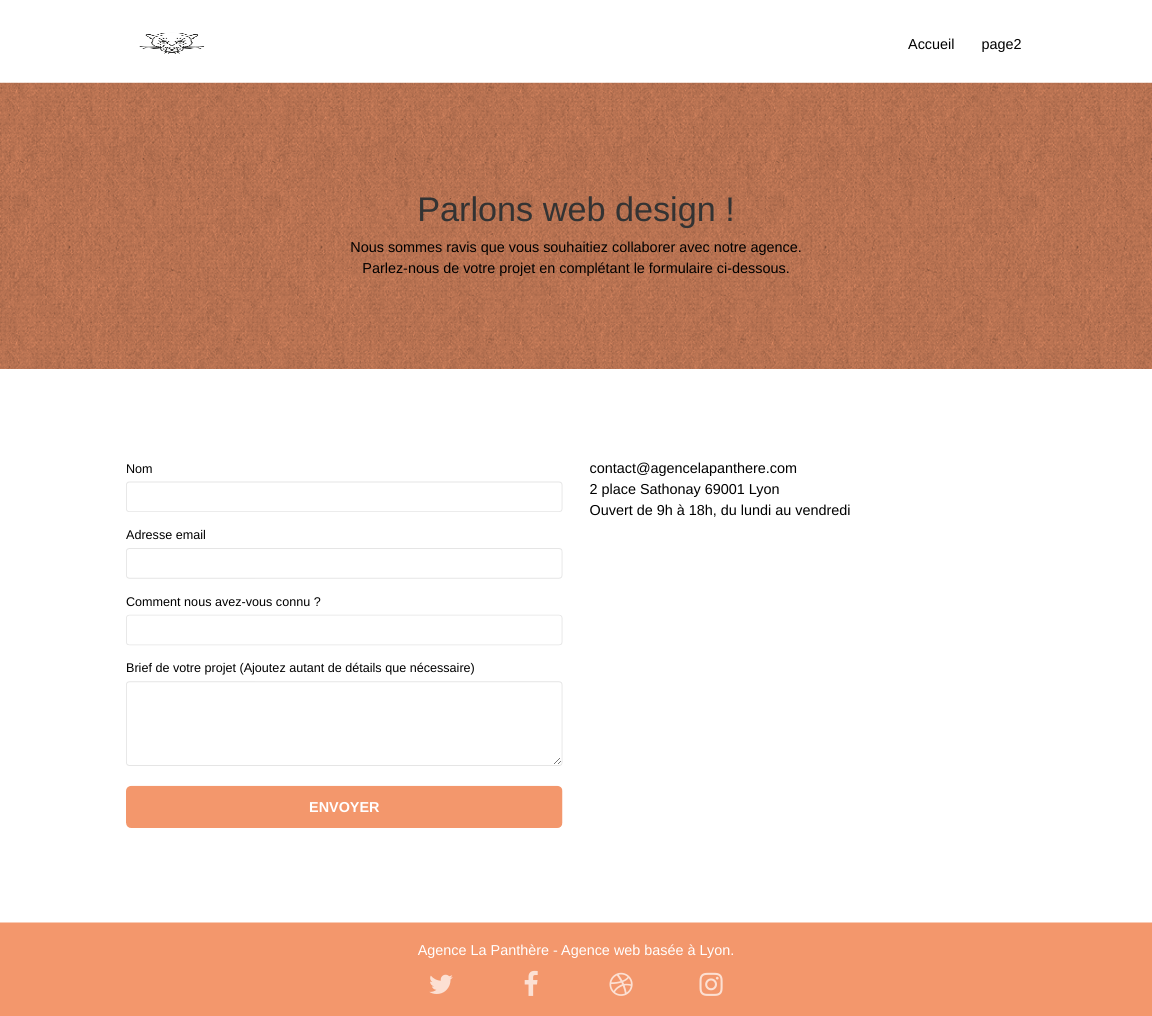
Repository: EtudianteHU/Uyarci_Hilal_4_code_012023
Page: contact.html
The author's editor kept a copy of each file at every save. The page is drawn from the files as they stood at one save, then again after the next save.
The browser window is 1280 px wide. The pictures show the whole page, at 90% of full size.

Above is the page before, as saved 2023-02-23 21:20:20.

### contact.html
<!DOCTYPE html>
<html lang="fr">
    <head>
        <meta charset="utf-8" />
        <meta name="keywords" content="" />
        <meta name="description" content="" />
        <meta
            name="viewport"
            content="width=device-width, initial-scale=1.0, viewport-fit=cover"
        />
        <link rel="shortcut icon" type="image/png" href="favicon.webp" />

        <link rel="stylesheet" type="text/css" href="./css/bootstrap.css" />
        <link rel="stylesheet" type="text/css" href="style.css" />
        <link rel="stylesheet" type="text/css" href="./css/font-awesome.css" />
        <link rel="stylesheet" type="text/css" href="./css/et-line.css" />

        <script src="./js/jquery-2.1.0.js"></script>
        <script src="./js/bootstrap.js"></script>
        <script src="./js/blocs.js"></script>
        <script src="./js/jqBootstrapValidation.js"></script>
        <script src="./js/formHandler.js"></script>
        <title>Contact - Agence la Panthère</title>

        <!-- Analytics -->

        <!-- Analytics END -->
    </head>
    <body>
        <!-- Principal conteneur -->
        <main class="page-container">
            <!-- bloc-0 -->
            <header class="bloc bgc-white l-bloc" id="bloc-0">
                <div class="container bloc-sm">
                    <nav class="navbar row">
                        <div class="navbar-header">
                            <a class="navbar-brand" href="index.html" title=""
                                ><img
                                    src="img/logo.webp"
                                    alt="atlanta web design logo"
                                    height="40"
                            /></a>
                            <button
                                id="nav-toggle"
                                type="button"
                                class="ui-navbar-toggle navbar-toggle"
                                data-toggle="collapse"
                                data-target=".navbar-1"
                                aria-pressed="true"
                            >
                                <span class="sr-only">Toggle navigation</span
                                ><span class="icon-bar"></span
                                ><span class="icon-bar"></span
                                ><span class="icon-bar"></span>
                            </button>
                        </div>
                        <div
                            class="collapse navbar-collapse navbar-1 special-dropdown-nav"
                        >
                            <ul class="site-navigation nav navbar-nav">
                                <li>
                                    <a href="index.html" title="">Accueil</a>
                                </li>
                                <li>
                                    <a href="contact.html" title="">page2</a>
                                </li>
                            </ul>
                        </div>
                    </nav>
                </div>
            </header>
            <!-- bloc-0 END -->

            <!-- bloc-6 -->
            <div
                class="bloc bg-dots-bg bg-repeat bgc-atomic-tangerine d-bloc bloc-bg-texture texture-paper"
                id="bloc-6"
            >
                <div class="container bloc-lg">
                    <div class="row">
                        <div class="col-sm-12">
                            <h1 class="text-center hero-bloc-text tc-black">
                                Parlons web design !
                            </h1>
                            <p
                                class="text-center mg-lg tc-black tight-width-whitespace"
                            >
                                Nous sommes ravis que vous souhaitiez collaborer
                                avec notre agence.<br />
                                Parlez-nous de votre projet en complétant le
                                formulaire ci-dessous.
                            </p>
                        </div>
                    </div>
                </div>
            </div>
            <!-- bloc-6 END -->

            <!-- bloc-7 -->
            <div class="bloc bgc-white l-bloc" id="bloc-7">
                <div class="container bloc-lg">
                    <div class="row">
                        <div class="col-sm-6">
                            <form
                                id="form_1"
                                target="Your message has been sent."
                                class="Sorry it seems that our mail server is not responding ,Sorry for the inconvenience!"
                            >
                                <div class="form-group">
                                    <label for="name"> Nom </label>
                                    <input
                                        id="name"
                                        class="form-control"
                                        required
                                    />
                                </div>
                                <div class="form-group">
                                    <label for="email"> Adresse email </label>
                                    <input
                                        id="email"
                                        class="form-control"
                                        type="email"
                                        required
                                    />
                                </div>
                                <div class="form-group">
                                    <label for="input_504">
                                        Comment nous avez-vous connu ?
                                    </label>
                                    <input
                                        class="form-control"
                                        type="email"
                                        required
                                        id="input_504"
                                    />
                                </div>
                                <div class="form-group">
                                    <label for="message">
                                        Brief de votre projet (Ajoutez autant de
                                        détails que nécessaire)<br /> </label
                                    ><textarea
                                        id="message"
                                        class="form-control"
                                        rows="4"
                                        cols="50"
                                        required
                                    ></textarea>
                                </div>
                                <button
                                    class="bloc-button btn btn-lg btn-block cta-hero btn-atomic-tangerine"
                                    type="submit"
                                >
                                    Envoyer
                                </button>
                            </form>
                        </div>
                        <div class="col-sm-6">
                            <p>
                                contact@agencelapanthere.com<br />2 place
                                Sathonay 69001 Lyon<br />Ouvert de 9h à 18h, du
                                lundi au vendredi<br />
                            </p>
                        </div>
                    </div>
                </div>
            </div>
            <!-- bloc-7 END -->

            <!-- ScrollToTop Button -->
            <a
                class="bloc-button btn btn-d scrollToTop"
                onclick="scrollToTarget('1')"
                title=""
                ><span class="fa fa-chevron-up"></span
            ></a>

            <!-- ScrollToTop Button END-->

            <!-- Footer - bloc-8 -->
            <footer class="bloc bgc-atomic-tangerine d-bloc" id="bloc-8">
                <div class="container bloc-sm">
                    <div class="row">
                        <div class="col-sm-12">
                            <p class="text-center white">
                                Agence La Panthère - Agence web basée à Lyon.<br />
                            </p>
                            <div class="row row-no-gutters social">
                                <div class="col-sm-3">
                                    <div class="text-center">
                                        <span
                                            class="fa fa-twitter icon-md"
                                        ></span>
                                    </div>
                                </div>
                                <div class="col-sm-3">
                                    <div class="text-center">
                                        <span
                                            class="fa fa-facebook icon-md"
                                        ></span>
                                    </div>
                                </div>
                                <div class="col-sm-3">
                                    <div class="text-center">
                                        <span
                                            class="fa fa-dribbble icon-md"
                                        ></span>
                                    </div>
                                </div>
                                <div class="col-sm-3">
                                    <div class="text-center">
                                        <span
                                            class="fa fa-instagram icon-md"
                                        ></span>
                                    </div>
                                </div>
                            </div>
                        </div>
                    </div>
                </div>
            </footer>
            <!-- Footer - bloc-8 END -->
        </main>
        <!-- Principal conteneur END -->
    </body>
</html>

### css/et-line.css
@font-face {
    font-family: et-line;
    src: url(../fonts/et-line.eot);
    src: url(../fonts/et-line.eot?#iefix) format('embedded-opentype'), url(../fonts/et-line.woff) format('woff'), url(../fonts/et-line.ttf) format('truetype'), url(../fonts/et-line.svg#et-line) format('svg');
    font-weight: 400;
    font-style: normal
}

.et-icon-adjustments,
.et-icon-alarmclock,
.et-icon-anchor,
.et-icon-aperture,
.et-icon-attachment,
.et-icon-bargraph,
.et-icon-basket,
.et-icon-beaker,
.et-icon-bike,
.et-icon-book-open,
.et-icon-briefcase,
.et-icon-browser,
.et-icon-calendar,
.et-icon-camera,
.et-icon-caution,
.et-icon-chat,
.et-icon-circle-compass,
.et-icon-clipboard,
.et-icon-clock,
.et-icon-cloud,
.et-icon-compass,
.et-icon-desktop,
.et-icon-dial,
.et-icon-document,
.et-icon-documents,
.et-icon-download,
.et-icon-dribbble,
.et-icon-edit,
.et-icon-envelope,
.et-icon-expand,
.et-icon-facebook,
.et-icon-flag,
.et-icon-focus,
.et-icon-gears,
.et-icon-genius,
.et-icon-gift,
.et-icon-global,
.et-icon-globe,
.et-icon-googleplus,
.et-icon-grid,
.et-icon-happy,
.et-icon-hazardous,
.et-icon-heart,
.et-icon-hotairballoon,
.et-icon-hourglass,
.et-icon-key,
.et-icon-laptop,
.et-icon-layers,
.et-icon-lifesaver,
.et-icon-lightbulb,
.et-icon-linegraph,
.et-icon-linkedin,
.et-icon-lock,
.et-icon-magnifying-glass,
.et-icon-map,
.et-icon-map-pin,
.et-icon-megaphone,
.et-icon-mic,
.et-icon-mobile,
.et-icon-newspaper,
.et-icon-notebook,
.et-icon-paintbrush,
.et-icon-paperclip,
.et-icon-pencil,
.et-icon-phone,
.et-icon-picture,
.et-icon-pictures,
.et-icon-piechart,
.et-icon-presentation,
.et-icon-pricetags,
.et-icon-printer,
.et-icon-profile-female,
.et-icon-profile-male,
.et-icon-puzzle,
.et-icon-quote,
.et-icon-recycle,
.et-icon-refresh,
.et-icon-ribbon,
.et-icon-rss,
.et-icon-sad,
.et-icon-scissors,
.et-icon-scope,
.et-icon-search,
.et-icon-shield,
.et-icon-speedometer,
.et-icon-strategy,
.et-icon-streetsign,
.et-icon-tablet,
.et-icon-target,
.et-icon-telescope,
.et-icon-toolbox,
.et-icon-tools,
.et-icon-tools-2,
.et-icon-trophy,
.et-icon-tumblr,
.et-icon-twitter,
.et-icon-upload,
.et-icon-video,
.et-icon-wallet,
.et-icon-wine {
    font-family: et-line;
    speak: none;
    font-style: normal;
    font-weight: 400;
    font-variant: normal;
    text-transform: none;
    line-height: 1;
    -webkit-font-smoothing: antialiased;
    -moz-osx-font-smoothing: grayscale;
    display: inline-block
}

.et-icon-mobile:before {
    content: "\e000"
}

.et-icon-laptop:before {
    content: "\e001"
}

.et-icon-desktop:before {
    content: "\e002"
}

.et-icon-tablet:before {
    content: "\e003"
}

.et-icon-phone:before {
    content: "\e004"
}

.et-icon-document:before {
    content: "\e005"
}

.et-icon-documents:before {
    content: "\e006"
}

.et-icon-search:before {
    content: "\e007"
}

.et-icon-clipboard:before {
    content: "\e008"
}

.et-icon-newspaper:before {
    content: "\e009"
}

.et-icon-notebook:before {
    content: "\e00a"
}

.et-icon-book-open:before {
    content: "\e00b"
}

.et-icon-browser:before {
    content: "\e00c"
}

.et-icon-calendar:before {
    content: "\e00d"
}

.et-icon-presentation:before {
    content: "\e00e"
}

.et-icon-picture:before {
    content: "\e00f"
}

.et-icon-pictures:before {
    content: "\e010"
}

.et-icon-video:before {
    content: "\e011"
}

.et-icon-camera:before {
    content: "\e012"
}

.et-icon-printer:before {
    content: "\e013"
}

.et-icon-toolbox:before {
    content: "\e014"
}

.et-icon-briefcase:before {
    content: "\e015"
}

.et-icon-wallet:before {
    content: "\e016"
}

.et-icon-gift:before {
    content: "\e017"
}

.et-icon-bargraph:before {
    content: "\e018"
}

.et-icon-grid:before {
    content: "\e019"
}

.et-icon-expand:before {
    content: "\e01a"
}

.et-icon-focus:before {
    content: "\e01b"
}

.et-icon-edit:before {
    content: "\e01c"
}

.et-icon-adjustments:before {
    content: "\e01d"
}

.et-icon-ribbon:before {
    content: "\e01e"
}

.et-icon-hourglass:before {
    content: "\e01f"
}

.et-icon-lock:before {
    content: "\e020"
}

.et-icon-megaphone:before {
    content: "\e021"
}

.et-icon-shield:before {
    content: "\e022"
}

.et-icon-trophy:before {
    content: "\e023"
}

.et-icon-flag:before {
    content: "\e024"
}

.et-icon-map:before {
    content: "\e025"
}

.et-icon-puzzle:before {
    content: "\e026"
}

.et-icon-basket:before {
    content: "\e027"
}

.et-icon-envelope:before {
    content: "\e028"
}

.et-icon-streetsign:before {
    content: "\e029"
}

.et-icon-telescope:before {
    content: "\e02a"
}

.et-icon-gears:before {
    content: "\e02b"
}

.et-icon-key:before {
    content: "\e02c"
}

.et-icon-paperclip:before {
    content: "\e02d"
}

.et-icon-attachment:before {
    content: "\e02e"
}

.et-icon-pricetags:before {
    content: "\e02f"
}

.et-icon-lightbulb:before {
    content: "\e030"
}

.et-icon-layers:before {
    content: "\e031"
}

.et-icon-pencil:before {
    content: "\e032"
}

.et-icon-tools:before {
    content: "\e033"
}

.et-icon-tools-2:before {
    content: "\e034"
}

.et-icon-scissors:before {
    content: "\e035"
}

.et-icon-paintbrush:before {
    content: "\e036"
}

.et-icon-magnifying-glass:before {
    content: "\e037"
}

.et-icon-circle-compass:before {
    content: "\e038"
}

.et-icon-linegraph:before {
    content: "\e039"
}

.et-icon-mic:before {
    content: "\e03a"
}

.et-icon-strategy:before {
    content: "\e03b"
}

.et-icon-beaker:before {
    content: "\e03c"
}

.et-icon-caution:before {
    content: "\e03d"
}

.et-icon-recycle:before {
    content: "\e03e"
}

.et-icon-anchor:before {
    content: "\e03f"
}

.et-icon-profile-male:before {
    content: "\e040"
}

.et-icon-profile-female:before {
    content: "\e041"
}

.et-icon-bike:before {
    content: "\e042"
}

.et-icon-wine:before {
    content: "\e043"
}

.et-icon-hotairballoon:before {
    content: "\e044"
}

.et-icon-globe:before {
    content: "\e045"
}

.et-icon-genius:before {
    content: "\e046"
}

.et-icon-map-pin:before {
    content: "\e047"
}

.et-icon-dial:before {
    content: "\e048"
}

.et-icon-chat:before {
    content: "\e049"
}

.et-icon-heart:before {
    content: "\e04a"
}

.et-icon-cloud:before {
    content: "\e04b"
}

.et-icon-upload:before {
    content: "\e04c"
}

.et-icon-download:before {
    content: "\e04d"
}

.et-icon-target:before {
    content: "\e04e"
}

.et-icon-hazardous:before {
    content: "\e04f"
}

.et-icon-piechart:before {
    content: "\e050"
}

.et-icon-speedometer:before {
    content: "\e051"
}

.et-icon-global:before {
    content: "\e052"
}

.et-icon-compass:before {
    content: "\e053"
}

.et-icon-lifesaver:before {
    content: "\e054"
}

.et-icon-clock:before {
    content: "\e055"
}

.et-icon-aperture:before {
    content: "\e056"
}

.et-icon-quote:before {
    content: "\e057"
}

.et-icon-scope:before {
    content: "\e058"
}

.et-icon-alarmclock:before {
    content: "\e059"
}

.et-icon-refresh:before {
    content: "\e05a"
}

.et-icon-happy:before {
    content: "\e05b"
}

.et-icon-sad:before {
    content: "\e05c"
}

.et-icon-facebook:before {
    content: "\e05d"
}

.et-icon-twitter:before {
    content: "\e05e"
}

.et-icon-googleplus:before {
    content: "\e05f"
}

.et-icon-rss:before {
    content: "\e060"
}

.et-icon-tumblr:before {
    content: "\e061"
}

.et-icon-linkedin:before {
    content: "\e062"
}

.et-icon-dribbble:before {
    content: "\e063"
}

Loaded but not shown: css/bootstrap.css (library); css/font-awesome.css (library); js/jquery-2.1.0.js (library); js/bootstrap.js (library); js/blocs.js (library); js/jqBootstrapValidation.js (912 lines, source omitted); js/formHandler.js (82 lines, source omitted); style.css (903 lines, source omitted)

After the next save:
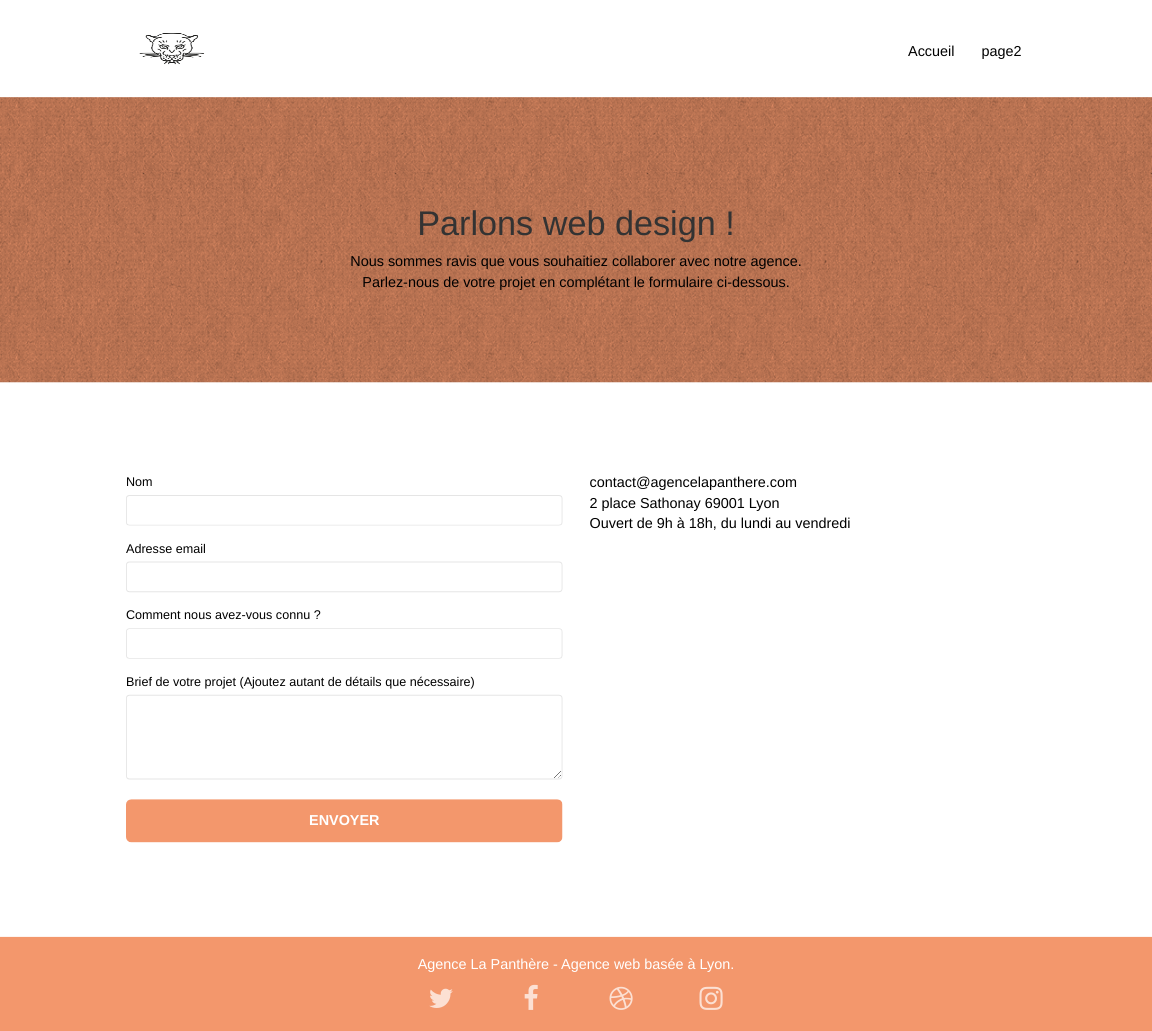
Saved 4 min 25 s later.
--- a/contact.html
+++ b/contact.html
@@ -38,7 +38,7 @@
                                 ><img
                                     src="img/logo.webp"
                                     alt="atlanta web design logo"
-                                    height="40"
+                                    height="60"
                             /></a>
                             <button
                                 id="nav-toggle"

After the save that followed:
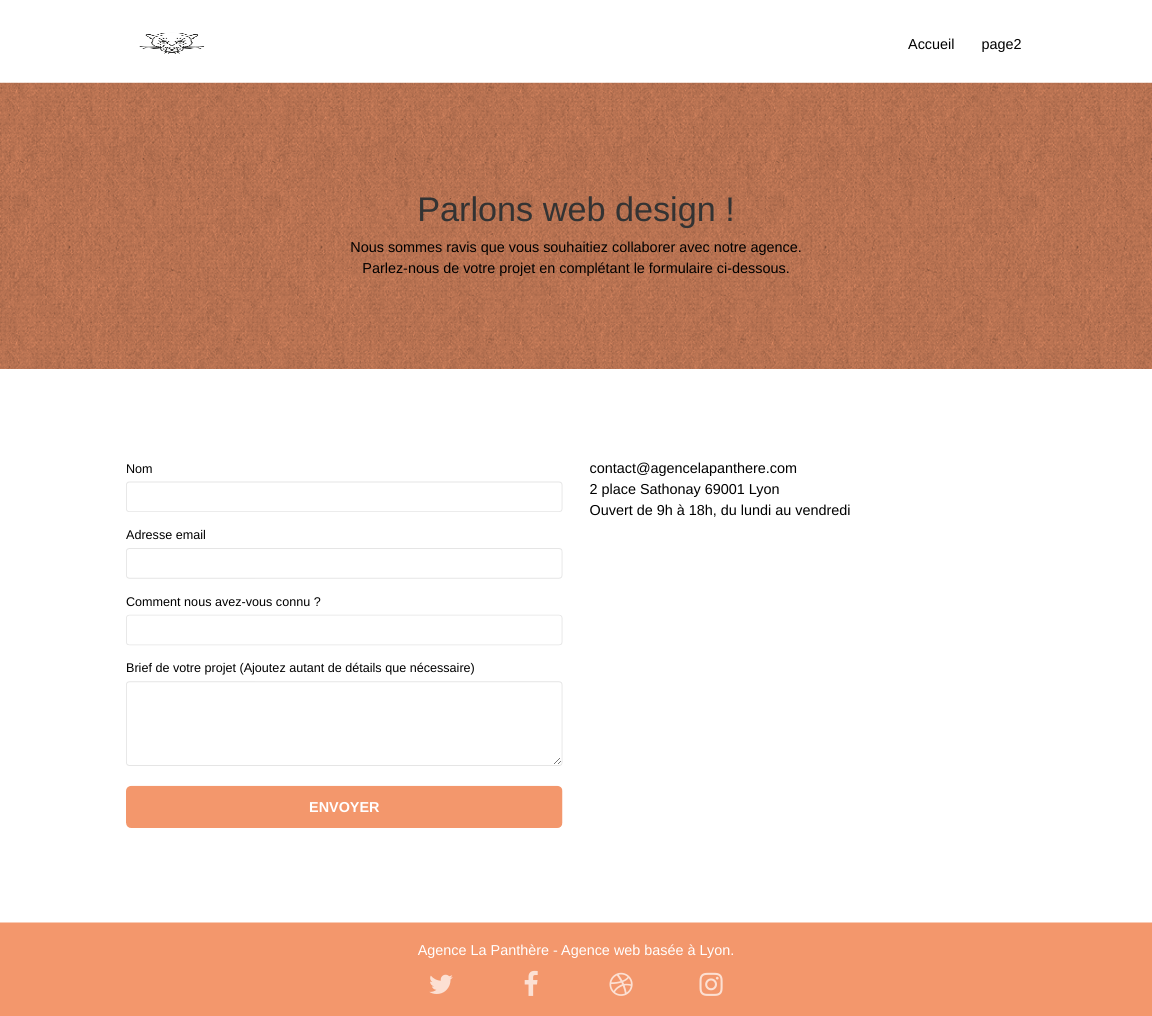
Saved 63 s later.
--- a/contact.html
+++ b/contact.html
@@ -38,7 +38,7 @@
                                 ><img
                                     src="img/logo.webp"
                                     alt="atlanta web design logo"
-                                    height="60"
+                                    height="40"
                             /></a>
                             <button
                                 id="nav-toggle"
